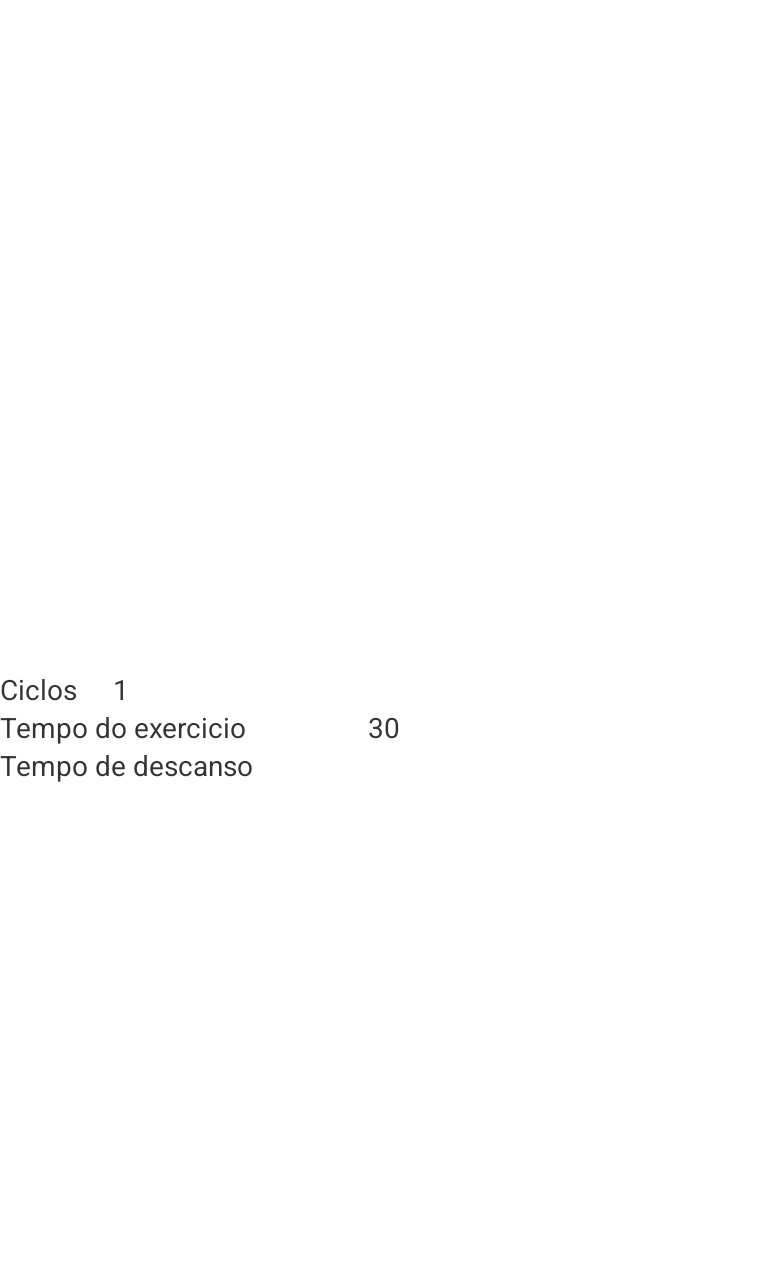
Repository: GabrielFerraz/10MinuteWorkout
Layout: SevenPlus/res/layout/activity_workout.xml
An editor plug-in stored every save of this project. The layout is shown before and after the next save, followed by the edit.
It is drawn on a 768 x 1280 px phone screen (xhdpi) without system bars, with theme android:Theme.Holo.Light; the app's code is not run. Lists and similar views that code fills are empty.

Above is the layout before, as saved 2014-02-11 21:42:26.

### SevenPlus/res/layout/activity_workout.xml
<RelativeLayout xmlns:android="http://schemas.android.com/apk/res/android"
    xmlns:tools="http://schemas.android.com/tools"
    android:layout_width="match_parent"
    android:layout_height="match_parent"
    android:paddingTop="@dimen/activity_vertical_margin"
    tools:context=".WorkoutActivity" >

    <LinearLayout
        android:id="@+id/linearLayout2"
        android:layout_width="wrap_content"
        android:layout_height="wrap_content"
        android:layout_alignParentLeft="true"
        android:layout_alignParentTop="true"
        android:orientation="vertical" >

        <ListView
            android:id="@+id/mainlistView"
            android:layout_width="match_parent"
            android:layout_height="300dp" >
        </ListView>
    </LinearLayout>

    <TextView
        android:id="@+id/textView1"
        android:layout_width="wrap_content"
        android:layout_height="wrap_content"
        android:layout_alignParentLeft="true"
        android:layout_below="@+id/linearLayout2"
        android:layout_marginTop="19dp"
        android:text="Ciclos" />

    <TextView
        android:id="@+id/textView2"
        android:layout_width="wrap_content"
        android:layout_height="wrap_content"
        android:layout_alignBaseline="@+id/textView1"
        android:layout_alignBottom="@+id/textView1"
        android:layout_marginLeft="18dp"
        android:layout_toRightOf="@+id/textView1"
        android:text="1" />

    <TextView
        android:id="@+id/textView4"
        android:layout_width="wrap_content"
        android:layout_height="wrap_content"
        android:layout_alignBaseline="@+id/textView3"
        android:layout_alignBottom="@+id/textView3"
        android:layout_centerHorizontal="true"
        android:text="30" />

    <TextView
        android:id="@+id/textView3"
        android:layout_width="wrap_content"
        android:layout_height="wrap_content"
        android:layout_alignParentLeft="true"
        android:layout_below="@+id/textView1"
        android:text="Tempo do exercicio" />

    <TextView
        android:id="@+id/textView5"
        android:layout_width="wrap_content"
        android:layout_height="wrap_content"
        android:layout_alignParentLeft="true"
        android:layout_below="@+id/textView3"
        android:text="Tempo de descanso" />

</RelativeLayout>

Loaded but not shown: SevenPlus/res/values/dimens.xml (common file)

After the next save:
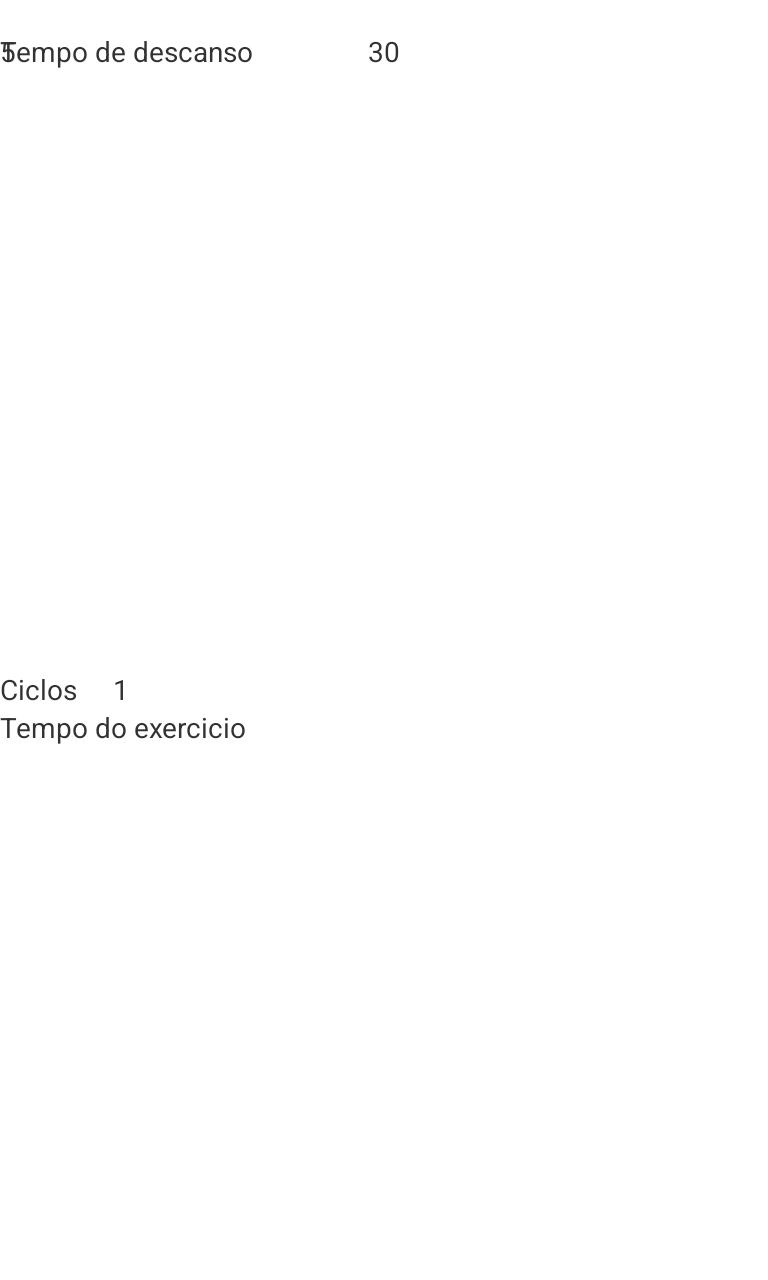
Saved 59 s later.
--- a/SevenPlus/res/layout/activity_workout.xml
+++ b/SevenPlus/res/layout/activity_workout.xml
@@ -40,7 +40,7 @@
         android:text="1" />
 
     <TextView
-        android:id="@+id/textView4"
+        android:id="@+id/tvTempoTreino"
         android:layout_width="wrap_content"
         android:layout_height="wrap_content"
         android:layout_alignBaseline="@+id/textView3"
@@ -49,7 +49,7 @@
         android:text="30" />
 
     <TextView
-        android:id="@+id/textView3"
+        android:id="@+id/tvTempoDescanso"
         android:layout_width="wrap_content"
         android:layout_height="wrap_content"
         android:layout_alignParentLeft="true"
@@ -64,4 +64,13 @@
         android:layout_below="@+id/textView3"
         android:text="Tempo de descanso" />
 
+    <TextView
+        android:id="@+id/textView6"
+        android:layout_width="wrap_content"
+        android:layout_height="wrap_content"
+        android:layout_alignLeft="@+id/textView4"
+        android:layout_alignRight="@+id/textView4"
+        android:layout_below="@+id/textView4"
+        android:text="5" />
+
 </RelativeLayout>

After the 2 saves that followed:
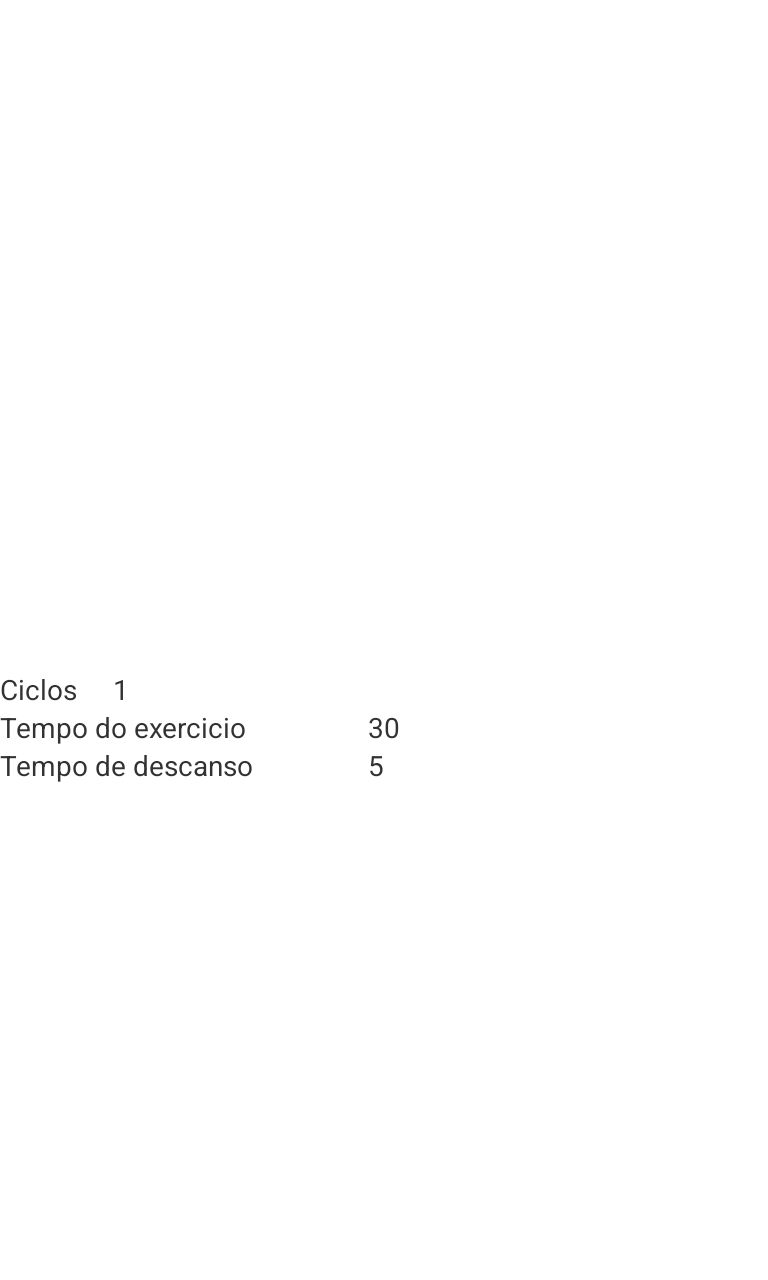
The 2 saves are shown as one change because 1 left the picture as it was.
The last was saved 6 min 23 s later.
--- a/SevenPlus/res/layout/activity_workout.xml
+++ b/SevenPlus/res/layout/activity_workout.xml
@@ -30,7 +30,7 @@
         android:text="Ciclos" />
 
     <TextView
-        android:id="@+id/textView2"
+        android:id="@+id/qtdCiclos"
         android:layout_width="wrap_content"
         android:layout_height="wrap_content"
         android:layout_alignBaseline="@+id/textView1"
@@ -38,15 +38,6 @@
         android:layout_marginLeft="18dp"
         android:layout_toRightOf="@+id/textView1"
         android:text="1" />
-
-    <TextView
-        android:id="@+id/tvTempoTreino"
-        android:layout_width="wrap_content"
-        android:layout_height="wrap_content"
-        android:layout_alignBaseline="@+id/textView3"
-        android:layout_alignBottom="@+id/textView3"
-        android:layout_centerHorizontal="true"
-        android:text="30" />
 
     <TextView
         android:id="@+id/tvTempoDescanso"
@@ -61,16 +52,25 @@
         android:layout_width="wrap_content"
         android:layout_height="wrap_content"
         android:layout_alignParentLeft="true"
-        android:layout_below="@+id/textView3"
+        android:layout_below="@+id/tvTempoDescanso"
         android:text="Tempo de descanso" />
+
+    <TextView
+        android:id="@+id/tvTempoExercicio"
+        android:layout_width="wrap_content"
+        android:layout_height="wrap_content"
+        android:layout_above="@+id/textView5"
+        android:layout_centerHorizontal="true"
+        android:text="30" />
 
     <TextView
         android:id="@+id/textView6"
         android:layout_width="wrap_content"
         android:layout_height="wrap_content"
-        android:layout_alignLeft="@+id/textView4"
-        android:layout_alignRight="@+id/textView4"
-        android:layout_below="@+id/textView4"
+        android:layout_alignBaseline="@+id/textView5"
+        android:layout_alignBottom="@+id/textView5"
+        android:layout_alignLeft="@+id/tvTempoExercicio"
+        android:layout_alignRight="@+id/tvTempoExercicio"
         android:text="5" />
 
 </RelativeLayout>
